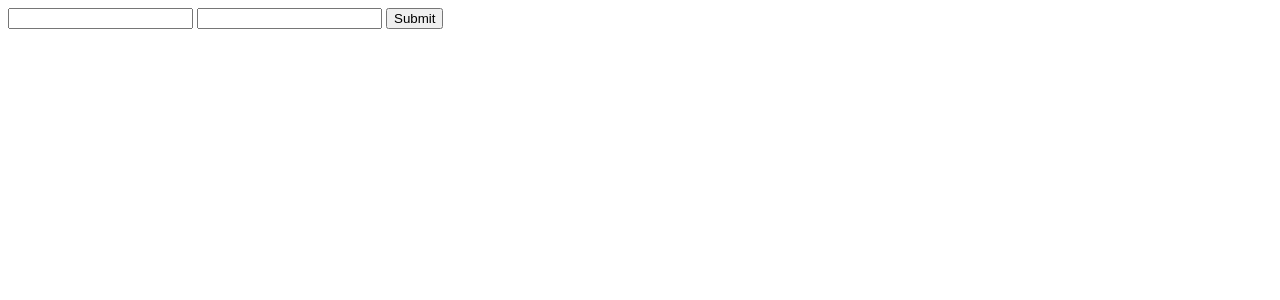
Repository: Shivamupa48/Java-Servlet-Project-
Page: MyWebCalc/src/main/webapp/index.html
These files come from the project's save history. The page is drawn as it stood at one moment and after the next save; the edit follows.
The browser window is 1280 px wide. The pictures show the whole page.

Above is the page before, as saved 2025-07-28 05:49:00.

### MyWebCalc/src/main/webapp/index.html
<!DOCTYPE html>
<html>
<head>
<meta charset="UTF-8">
<title>Insert title here</title>
</head>
<body>

<form action = "MyServlet" method = "get">

<input name= "username"></input>
<input name= "psw"></input>
<button>Submit</button>

</form>
</body>
</html>

Loaded but not shown: MyWebCalc/src/main/webapp/style.css (common file)

After the next save:
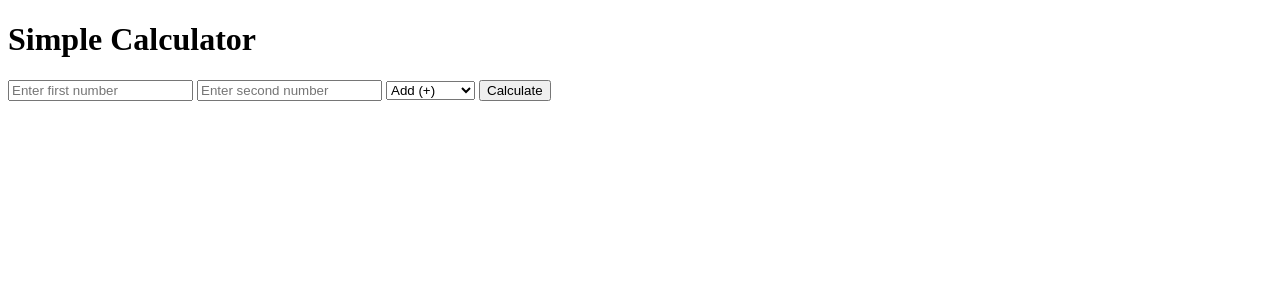
Saved 12 min 15 s later.
--- a/MyWebCalc/src/main/webapp/index.html
+++ b/MyWebCalc/src/main/webapp/index.html
@@ -1,17 +1,29 @@
 <!DOCTYPE html>
-<html>
+<html lang="en">
 <head>
-<meta charset="UTF-8">
-<title>Insert title here</title>
+    <meta charset="UTF-8">
+    <title>Simple Calculator</title>
+    <link rel="stylesheet" href="style.css">
 </head>
 <body>
+    <h1>Simple Calculator</h1>
+    <form method="post" action="CalculatorServlet">
+        <input type="text" name="num1" placeholder="Enter first number" required />
+        <input type="text" name="num2" placeholder="Enter second number" required />
 
-<form action = "MyServlet" method = "get">
+        <select name="operator" required>
+            <option value="add">Add (+)</option>
+            <option value="subtract">Subtract (-)</option>
+            <option value="multiply">Multiply (×)</option>
+            <option value="divide">Divide (÷)</option>
+        </select>
 
-<input name= "username"></input>
-<input name= "psw"></input>
-<button>Submit</button>
+        <button type="submit">Calculate</button>
+    </form>
 
-</form>
+    <!-- Optional: Show error message if redirected back with error -->
+    <p style="color:red;">
+        <!-- Only works if you're using JSP; HTML alone can't display server-side error -->
+    </p>
 </body>
 </html>
